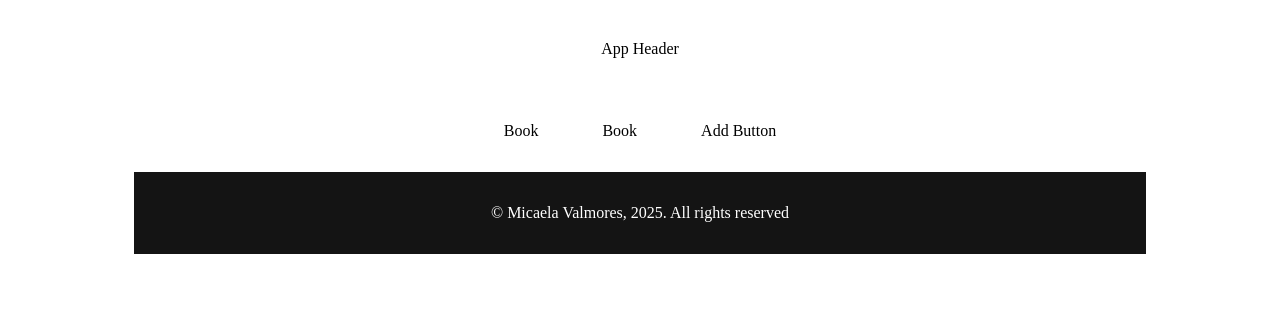
Repository: Micaelavalmores/COMP3170-Data-Fetching
Page: /
An editor plug-in stored every save of this project. The page is shown before and after a run of saves, followed by the edit.
The browser window is 1280 px wide. The pictures show the whole page.
The project was rebuilt for these pictures with package versions that can differ from the ones it lists, and the page was loaded fresh each time. Also part of the build but not shown: vite.config.js.

Above is the page before, as saved 2025-09-22 18:04:49.

### index.html
<!doctype html>
<html lang="en">
  <head>
    <meta charset="UTF-8" />
    <meta name="viewport" content="width=device-width, initial-scale=1.0" />
    <title>Book Catalog</title>
  </head>
  <body>
    <div id="root"></div>
    <script type="module" src="/src/main.jsx"></script>
  </body>
</html>

### src/index.css


.app {
  display: flex;
  flex-direction: column;
  width: 80%;
  margin: 0 auto;
  background: #fff;
  min-height: 100%;
  justify-content: space-between;

  footer {
    padding: 0;
    background: #141414;
    color: #fff;

    p {
        text-align: center;
        padding: 1em 0;
    }
  }

  .content {
    margin: 2em 0;
    display: flex;
    justify-content: center;
  }

  .mainContent {
    display: flex;
    justify-content: center;
  }

  .Book {
    margin: 2em;
  }

  .AddButton {
    margin: 2em;
  }

}

### src/App.jsx
import Footer from "./components/Footer";
import Book from "./components/Book";
import AppHeader from "./components/AppHeader";
import AddButton from "./components/AddButton";


function App () {
  return (
    <div className="app">
      <div className="content">
        <AppHeader />
      </div>
        <div className="mainContent">
          <div className="Book">
            <Book />
          </div>
          <div className="Book">
            <Book />
          </div>
          <div className="AddButton">
            <AddButton />
          </div>
        </div>
        <Footer />
    </div>
  )
}

export default App;

### src/components/Footer.jsx
function Footer() {
    return (
        <footer>
            <p>&copy; Micaela Valmores, 2025. All rights reserved</p>
        </footer>
    );
}

export default Footer;

### src/components/Book.jsx
function Book () {
    return 'Book';
}

export default Book;

### src/components/AppHeader.jsx


function AppHeader () {
    return 'App Header';
}

export default AppHeader;

### src/components/AddButton.jsx
function AddButton () {
    return `Add Button`;
}

export default AddButton;

Loaded but not shown: src/main.jsx (common file)

After the next 3 saves:
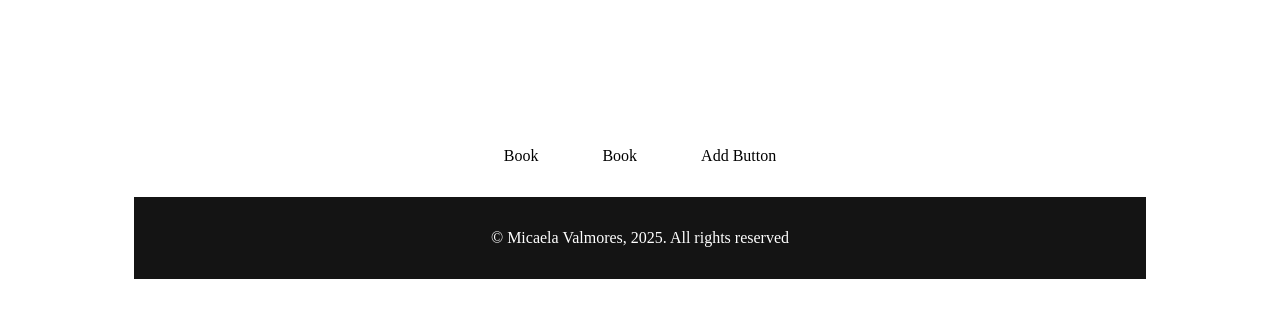
The 3 saves are shown as one change because they came seconds apart.
The last was saved 24 s later.
--- a/src/components/AppHeader.jsx
+++ b/src/components/AppHeader.jsx
@@ -1,7 +1,9 @@
 
 
 function AppHeader () {
-    return 'App Header';
+    return (
+        <h1></h1>
+    );
 }
 
 export default AppHeader;
